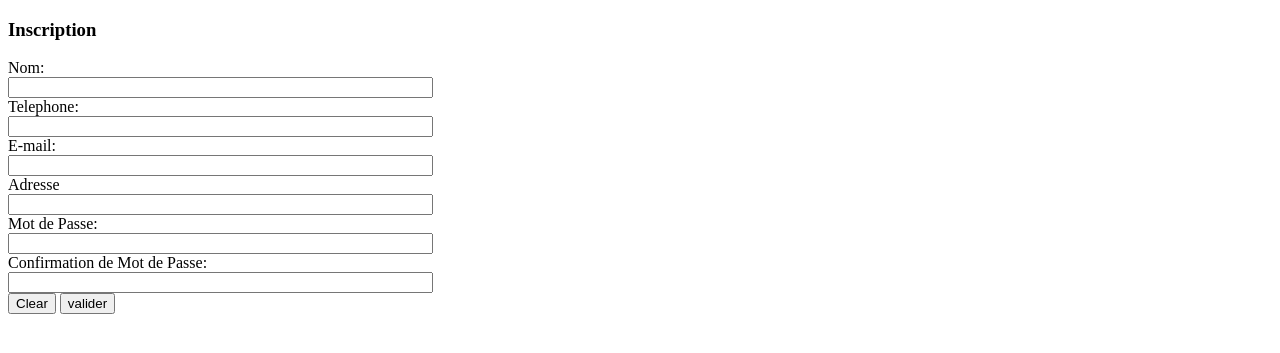
Repository: SenhajiMahmoud/testContact-Appartoo
Page: carnetAdresse/inscription.html
An editor plug-in stored every save of this project. The page is shown before and after the next save, followed by the edit.
The browser window is 1280 px wide. The pictures show the whole page.

Above is the page before, as saved 2016-05-16 15:02:56.

### carnetAdresse/inscription.html
<!DOCTYPE html>
<html>
<head>



<title>Inscription</title>

</head>
<body>

<section id="content">
  <div >

    <h3>Inscription</h3>

    <form id="Inscr-form" action="InscReussi.php" method="post">
        <div>


         <div class="coll-1">
            <div class="form-txt">Nom:</div>
	            <div class="padEsp">
		            <label class="name" >
		              <input id="name" class="input1" type="text" name="nom" size="50">
		            </label>
	            </div>
            <div class="clear"></div>
          </div>


          <div>
            <div class="form-txt">Telephone:</div>
             <div class="padEsp">
	            <label class="phone">
	              <input id="tel" class="input1" type="tel" name="tel" size="50">
	              <span class="error"></span>
	              <span class="empty"></span>


	             </label>
             </div>
            <div class="clear"></div>
          </div>



          <div>
            <div class="form-txt">E-mail:</div>
             <div class="padEsp">
            <label class="email">
              <input id="email" class="input1" type="email" name="email" size="50">
              <span class="error"></span>
              <span class="empty"></span>
            </label>
            </div>
            <div class="clear"></div>
          </div>


           <div>
            <div class="form-txt">Adresse</div>
             <div class="padEsp">
            <label class="adresse">
              <input id="adresse" class="input1" name="adresse" size="50">

              <span class="error"></span>
              <span class="empty"></span>
            </label>
            </div>
            <div class="clear"></div>
          </div>


          <div>
            <div >Mot de Passe:</div>
             <div >
	            <label >
	              <input id="pass" type="password" name="pass" size="50">

	            </label>
            </div>
            <div class="clear"></div>
          </div>


             <div>
            <div class="form-txt">Confirmation de Mot de Passe:</div>
            <div class="padEsp">
            <label class="pass1">
              <input id="pass1" class="input1" type="password" name="pass1" size="50">
              <span class="error"></span>
              <span class="empty"></span>
            </label>
            </div>
            <div class="clear"></div>
          </div>

        </div>

        <div class="clear" ></div>

        <div class="btns">
        	<input value="Clear" type="reset" id="clear">
        	<input value="valider" type="submit" id="envoyer">
        </div>

    </form>
  </div>

</section>

</body>
</html>

After the next save:
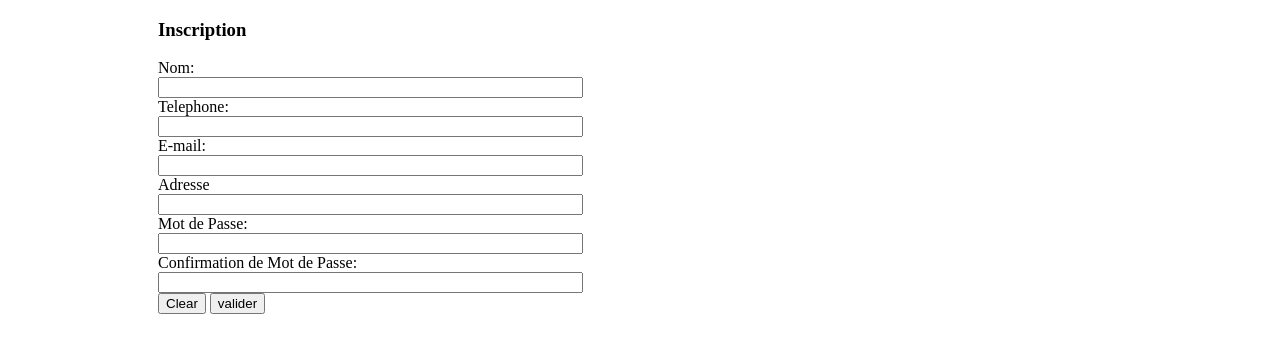
Saved 23 s later.
--- a/carnetAdresse/inscription.html
+++ b/carnetAdresse/inscription.html
@@ -10,7 +10,7 @@
 <body>
 
 <section id="content">
-  <div >
+  <div style="padding-left: 150px;">
 
     <h3>Inscription</h3>
 

After the save that followed:
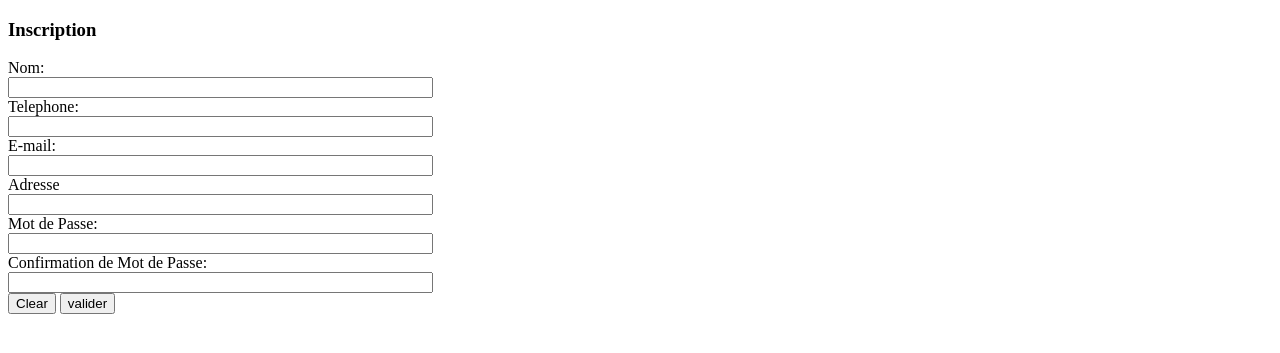
Saved 6 s later.
--- a/carnetAdresse/inscription.html
+++ b/carnetAdresse/inscription.html
@@ -10,7 +10,7 @@
 <body>
 
 <section id="content">
-  <div style="padding-left: 150px;">
+  <div>
 
     <h3>Inscription</h3>
 
